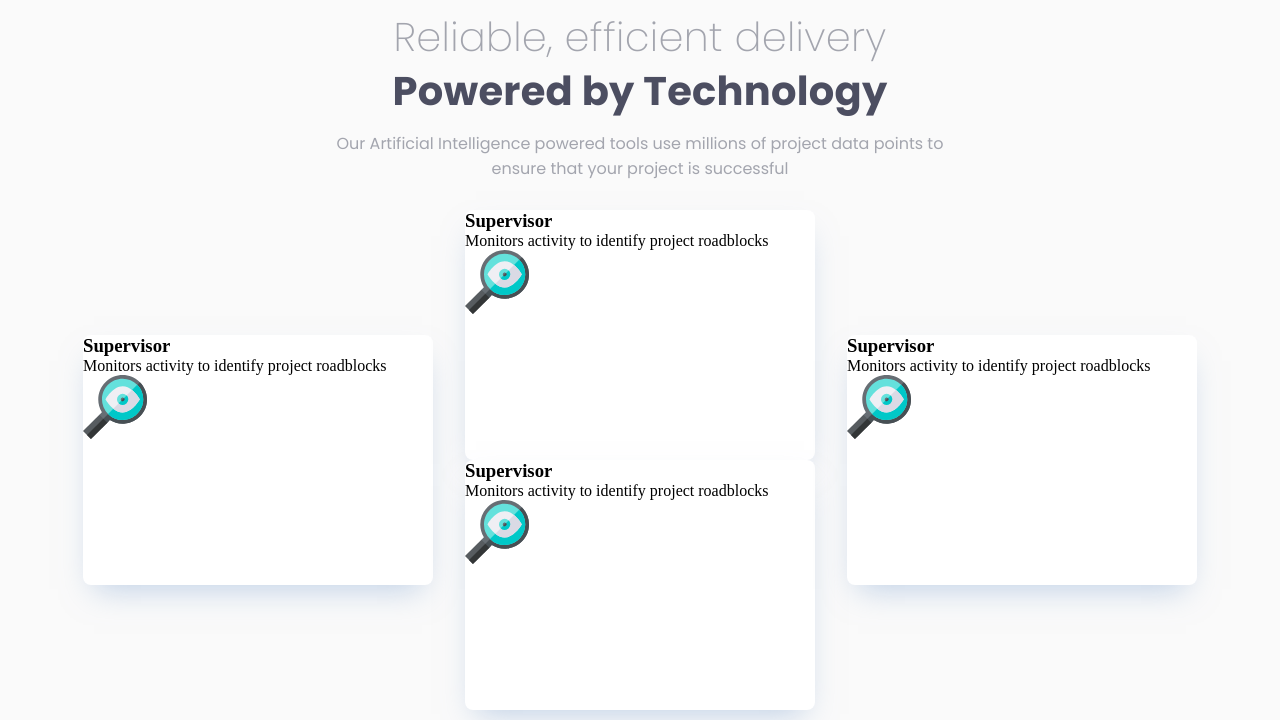
Repository: brandontaylor1/four-card-feature
Page: index.html
An editor plug-in stored every save of this project. The page is shown before and after the next save, followed by the edit.
The browser window is 1280 px wide. The pictures show the whole page.

Above is the page before, as saved 2025-01-09 23:00:33.

### index.html
<!DOCTYPE html>
<html lang="en">
<head>
    <meta charset="UTF-8">
    <meta name="viewport" content="width=device-width, initial-scale=1.0">
    <link rel="preconnect" href="https://fonts.googleapis.com">
    <link rel="preconnect" href="https://fonts.gstatic.com" crossorigin>
    <link href="https://fonts.googleapis.com/css2?family=Poppins:ital,wght@0,100;0,200;0,300;0,400;0,500;0,600;0,700;0,800;0,900;1,100;1,200;1,300;1,400;1,500;1,600;1,700;1,800;1,900&display=swap" rel="stylesheet">
    <link rel="stylesheet" href="styles.css">
    <title>Four Card Feature</title>
</head>
<body>
    <main class="container">
        <section class="page-content">
            <h1>Reliable, efficient delivery</h1>
            <h2>Powered by Technology</h2>
            <p>Our Artificial Intelligence powered tools use millions of project data points to ensure that your project is successful</p>
        </section>
        <section class="column-container">
            <div class="card-column">
                <div class="card">
                    <h3>Supervisor</h3>
                    <p>Monitors activity to identify project roadblocks</p>
                    <img src="./assets/images/icon-supervisor.svg" alt="Supervisor Icon">
                </div>
            </div>

            <div class="card-column">
                <div class="card">
                    <h3>Supervisor</h3>
                    <p>Monitors activity to identify project roadblocks</p>
                    <img src="./assets/images/icon-supervisor.svg" alt="Supervisor Icon">
                </div>
                <div class="card">
                    <h3>Supervisor</h3>
                    <p>Monitors activity to identify project roadblocks</p>
                    <img src="./assets/images/icon-supervisor.svg" alt="Supervisor Icon">
                </div>
            </div>

            <div class="card-column">
                <div class="card">
                    <h3>Supervisor</h3>
                    <p>Monitors activity to identify project roadblocks</p>
                    <img src="./assets/images/icon-supervisor.svg" alt="Supervisor Icon">
                </div>
            </div>
        </section>
    </main>

</body>
</html>

### styles.css
* {
    margin: 0;
    padding: 0;
    box-sizing: border-box;
}

:root {
    --primary-red: hsl(0, 78%, 62%);
    --primary-cyan: hsl(180, 62%, 55%);
    --primary-orange: hsl(34, 97%, 64%);
    --primary-blue: hsl(212, 86%, 64%);

    --secondary-dark-blue: hsl(234, 12%, 34%);
    --secondary-grayish-blue: hsl(229, 6%, 66%);
    --secondary-light-gray: hsl(0, 0%, 98%);
}

.container {
    height: 100vh;
    display: flex;
    align-items: center;
    justify-content: center;
    flex-direction: column;
    background-color: #FAFAFA;
}

.page-content {
    display: flex;
    flex-direction: column;
    align-items: center;
    justify-content: space-between;
    height: 150px;
    width: 650px;
    margin-bottom: 50px;
}

.page-content h1 {
    font-size: 2.5rem;
    font-family: "Poppins", sans-serif;
    font-weight: 200;
    line-height: 54px;
    letter-spacing: .25px;
    color: var(--secondary-grayish-blue);
}

.page-content h2 {
    font-size: 2.5rem;
    font-family: "Poppins", sans-serif;
    font-weight: 700;
    line-height: 54px;
    letter-spacing: .25px;
    color: var(--secondary-dark-blue);
    margin-bottom: 13px;
}

.page-content p {
    font-size: 1rem;
    font-family: "Poppins", sans-serif;
    font-weight: 400;
    line-height: 25px;
    text-align: center;
    color: var(--secondary-grayish-blue);

}

.column-container {
    display: grid;
    justify-content: center;
    align-items: center;
    grid-template-columns: repeat(3, 1fr);
    grid-template-rows: 1fr;
    grid-gap: 2rem;
}

.card {
    width: 350px;
    height: 250px;
    border-radius: 0.5rem;
    background: #FFF;
    box-shadow: 0px 15px 30px -11px rgba(131, 166, 210, 0.50);
}

After the next save:
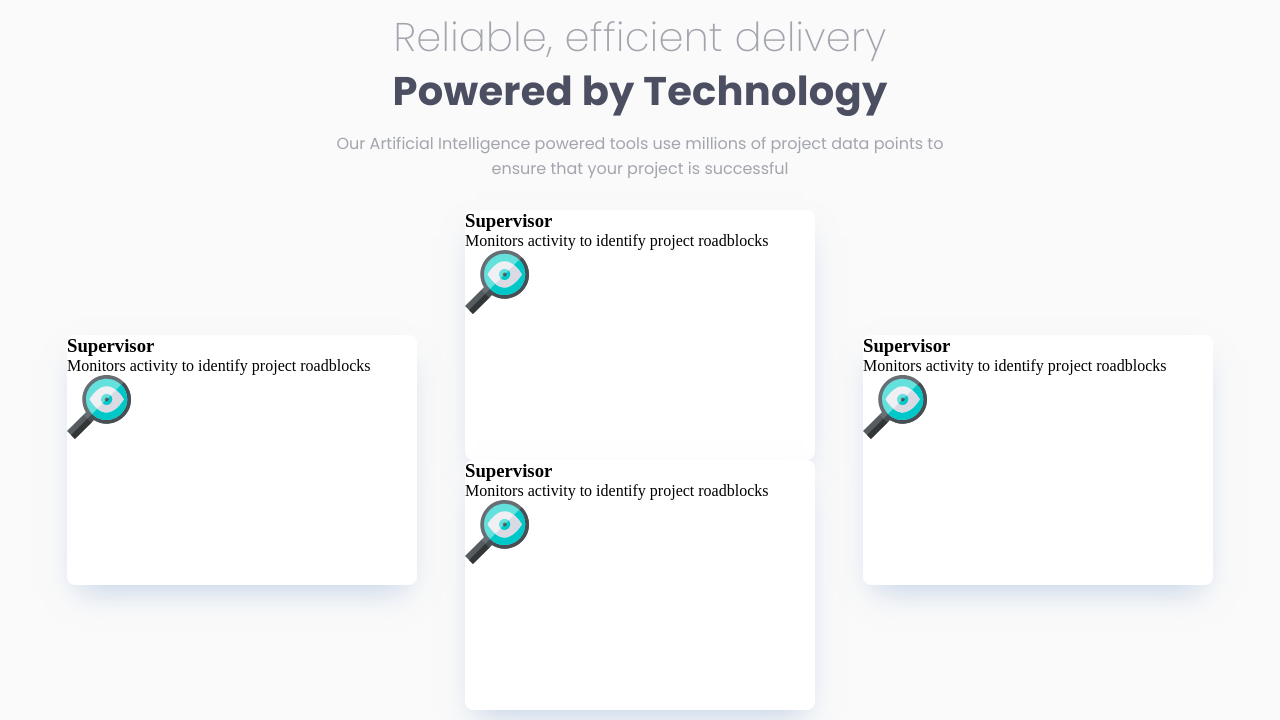
Saved 2 min 8 s later.
--- a/styles.css
+++ b/styles.css
@@ -69,7 +69,7 @@
     align-items: center;
     grid-template-columns: repeat(3, 1fr);
     grid-template-rows: 1fr;
-    grid-gap: 2rem;
+    gap: 3rem;
 }
 
 .card {
